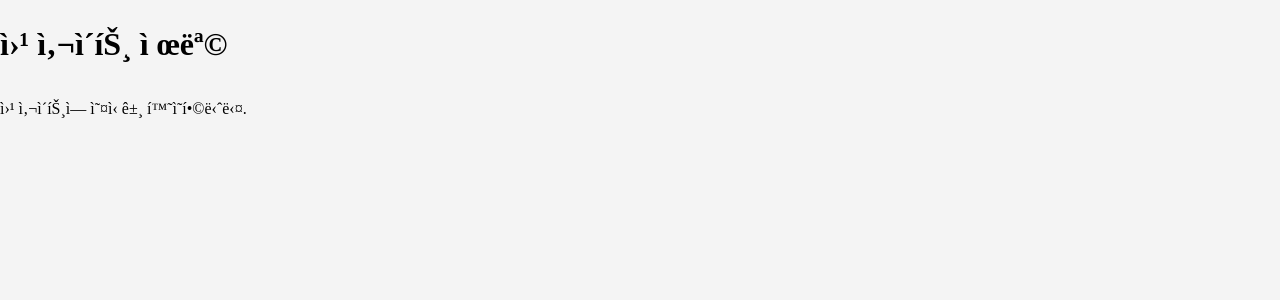
Repository: rjswh0503/SpringBoot-workspace
Page: springTestProject-2/src/main/resources/static/header.html
These files come from the project's save history. The page is drawn as it stood at one moment and after the next save; the edit follows.
The browser window is 1280 px wide. The pictures show the whole page.

Above is the page before, as saved 2023-11-21 05:25:16.

After the next save:
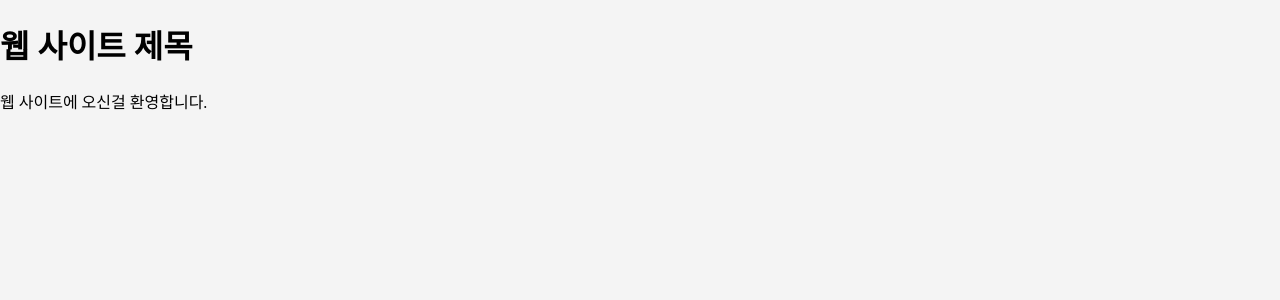
Saved 6 s later.
--- a/springTestProject-2/src/main/resources/static/header.html
+++ b/springTestProject-2/src/main/resources/static/header.html
@@ -1,7 +1,7 @@
 <!DOCTYPE html>
 <html lang="ko">
 	<head>
-	<meta charset="EUC-">
+	<meta charset="utf-8">
 	<title>머릿말</title>
 	</head>
 	<body>
